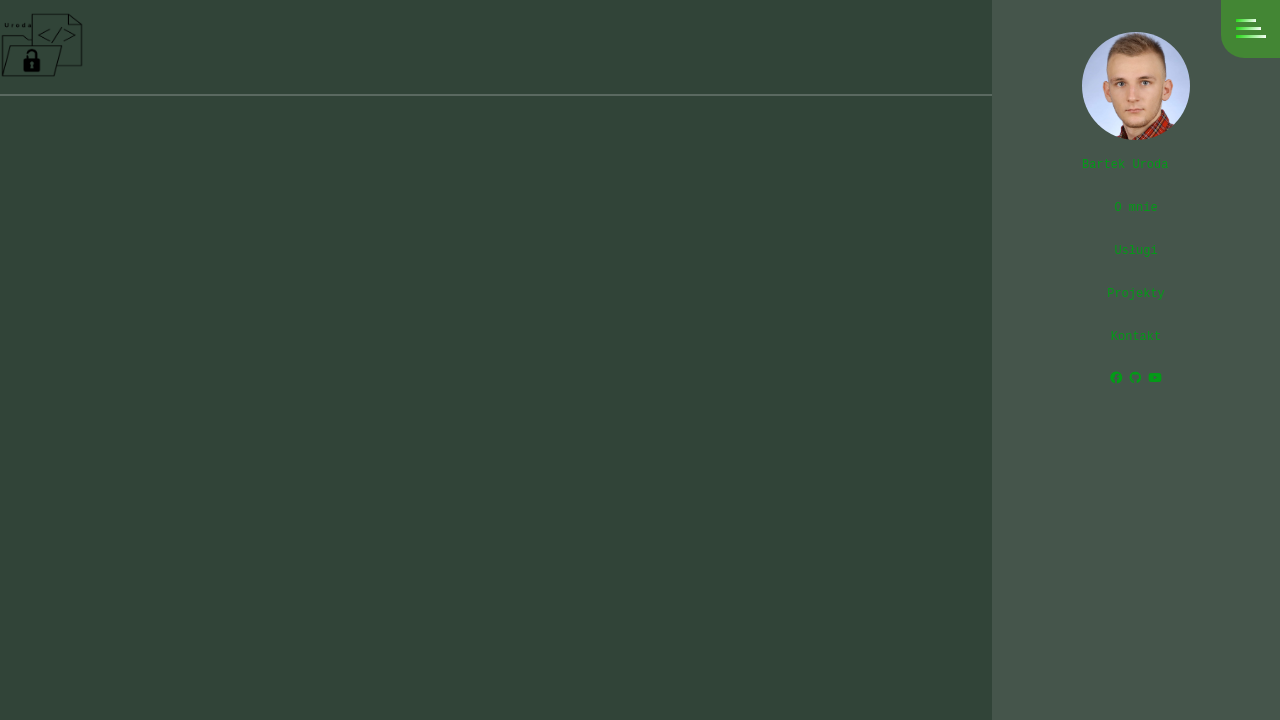
Repository: BartekUroda/portfolio
Page: index.html
An editor plug-in stored every save of this project. The page is shown before and after the next save, followed by the edit.
The browser window is 1280 px wide. The pictures show the whole page.
Some web fonts or font styles are not loaded; a fallback is used. Some web libraries are served in a nearby version.

Above is the page before, as saved 2020-10-26 21:43:08.

### index.html
<!DOCTYPE html>
<html lang="en">
<head>
    <meta charset="UTF-8">
    <meta name="viewport" content="width=device-width, initial-scale=1.0">
    <title>Portfolio-Bartek Uroda</title>
    <link rel="stylesheet" type="text/css" href="css/style.css">
    <script src="js/script.js"></script>
    <link href="https://fonts.googleapis.com/css2?family=Poppins&sfamily=Share+Tech+Mono&display=swap" rel="stylesheet">
    <script src="https://kit.fontawesome.com/056e5c10dc.js" crossorigin="anonymous"></script>
    <link rel="shortcut icon" type="image/x-icon" href="images/favicon.ico" />
</head>
 <body>
    <header>
        <div class="container">
            <nav>
                <div class="nav-brand">
                    <a href="index.html">
                        <img src="images/logo.png" alt="Uroda">
                    </a>
                </div>
                <div class="burger-menu-icon">
                    <div class="line1"></div>
                    <div class="line2"></div>
                    <div class="line3"></div>
                </div>
                <ul class="nav-list">
                    <li class="nav-item">
                      <a href="#landing-page">
                        <img
                          src="images/profile.jpeg"
                          alt="Bartek Uroda"
                          class="profile-pic nav-link"
                        >
                        <span class="caption nav-link">Bartek Uroda</span>
                      </a>
                    </li>
                    <li class="nav-item">
                      <a href="#about" class="nav-link">O mnie</a>
                    </li>
                    <li class="nav-item">
                      <a href="#services" class="nav-link">Usługi</a>
                    </li>
                    <li class="nav-item">
                      <a href="#projects" class="nav-link">Projekty</a>
                    </li>
                    <li class="nav-item">
                      <a href="#contact" class="nav-link">Kontakt</a>
                    </li>
                    <li class="nav-item">
                      <a href="https://www.facebook.com/bartlomiej.uroda.3" target="_blank" class="nav-link">
                        <i class="fab fa-facebook"></i>
                      </a>
                      <a href="https://github.com/Urodii" target="_blank" class="nav-link">
                        <i class="fab fa-github"></i>
                      </a>
                      <a href="https://www.youtube.com/channel/UCzT1h5RNvmbtrmKT5hPjyAg?view_as=subscriber" target="_blank" class="nav-link">
                        <i class="fab fa-youtube"></i>
                      </a>
                    </li>
                  </ul>
            </nav>
        </div>
    </header>
 </body>
</html>

### css/style.css
/* ----------GLOBAL STYLES---------- */
*,
*::before,
*::after {
  margin: 0;
  padding: 0;
  box-sizing: inherit;
}
html {
    font-family: "Share Tech Mono", monospace;
    font-size: 12px;
    box-sizing: border-box;
    scroll-behavior: smooth;
    color: #e7e7e7;
    background: rgb(49, 68, 56);
}

a {
    text-decoration: none;
    color: rgb(3, 155, 23);
}

a:hover {
    color: rgba(249, 105, 14, 1);
}

ul {
    list-style: none;
}

p {
    font-size: 1.4rem;
}

img {
    width: 100%;
    max-width: 100%;
    height: auto;
}
/* ----------HEADER---------- */
header {
    width: 100%;
    height: 5rem;
    position: absolute;
    top: 0;
    left: 0;
    z-index: 1;
}
.contenier {
    width: 100%;
    max-width: 90rem;
    margin: 0 auto;
    padding: 0 1.5rem;
}
.nav-brand {
    width: 7rem;
}
nav {
    width: 100%;
    display: flex;
    align-items: center;
    justify-content: space-between;
    padding: 1rem 0;
    border-bottom: 2px solid rgba(255, 255, 255, .2);
}
.line1 {
    width: 20px;
    height: 3px;
    margin: 5px 0;
    background: linear-gradient(
      135deg,
      rgb(27, 218, 10) 0%,
      rgb(255, 255, 255) 100%
    );
}
.line2 {
    width: 25px;
    height: 3px;
    background: linear-gradient(
      135deg,
      rgb(27, 218, 10) 0%,
      rgb(255, 255, 255) 100%
    );
}
.line3 {
    width: 30px;
    height: 3px;
    margin: 5px 0;
    background: linear-gradient(
      135deg,
      rgb(27, 218, 10) 0%,
      rgb(255, 255, 255) 100%
    );
}
.burger-menu-icon {
    cursor: pointer;
    z-index: 999;
    position: fixed;
    right: 0;
    top: 0;
    background-color: rgba(67, 145, 47, 0.815);
    padding: 1.2rem;
    border-radius: 0% 0% 0% 40%;
}
.profile-pic {
    height: 9rem;
    width: auto;
    border-radius: 50%;
    display: block;
    margin: 1.5rem 0;
}
.caption {
    display: block;
}
.nav-list {
    width: 24rem;
    height: 100vh;
    background-color:  rgb(69, 85, 75);
    position: fixed;
    top: 0;
    right: 0;
    display: flex;
    flex-direction: column;
    align-items: center;
    justify-self: start;
    z-index: 998;
    transition: all 650ms ease-in-out;
}
.nav-list.active {
    right: 0;
}
.nav-item {
    margin: 1.2rem 0;
}

Loaded but not shown: js/script.js (no stored copy; drawn as an empty file)

After the next save:
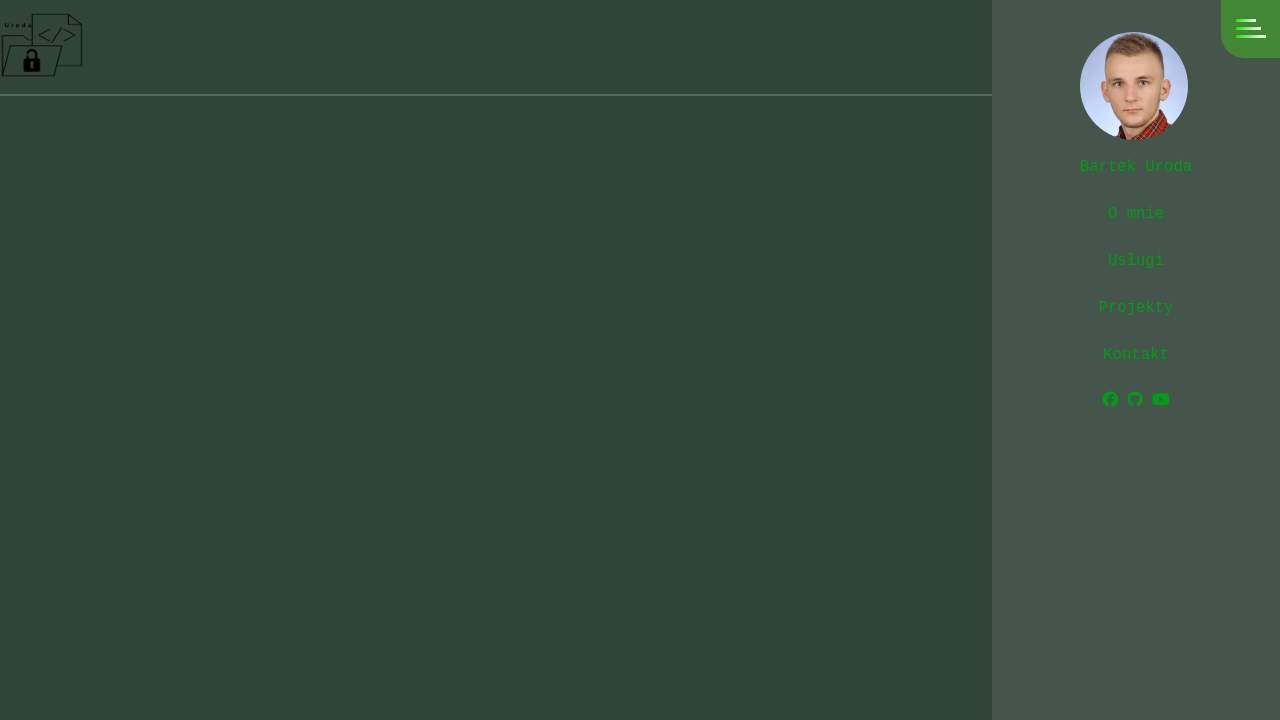
Saved 80 s later.
--- a/css/style.css
+++ b/css/style.css
@@ -132,3 +132,7 @@ nav {
 .nav-item {
     margin: 1.2rem 0;
 }
+.nav-link {
+    opacity: 1;
+    font-size: 1.3rem;
+}
